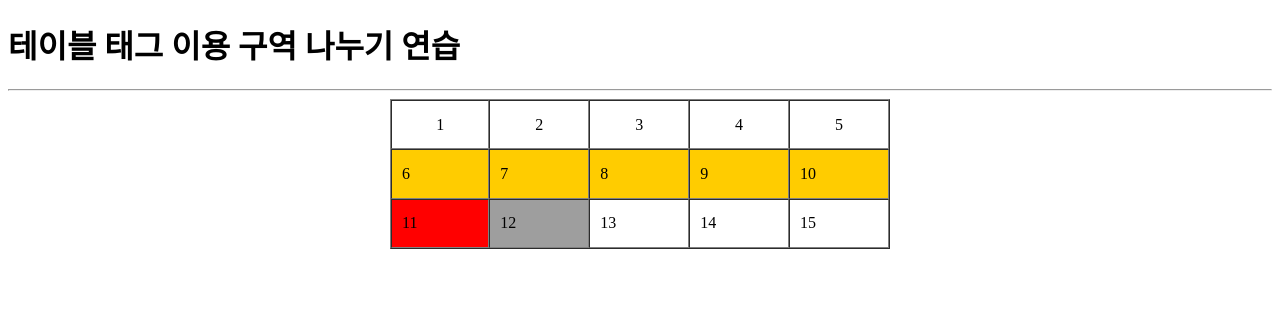
Repository: bianchi112/ict-data
Page: web_workspace/testHTMLProject2/src/main/webapp/views/test/testTable.html
An editor plug-in stored every save of this project. The page is shown before and after the next save, followed by the edit.
The browser window is 1280 px wide. The pictures show the whole page.
Pictures or frames that could not be fetched are drawn as grey boxes.

Above is the page before, as saved 2024-08-14 07:14:50.

After the next save:
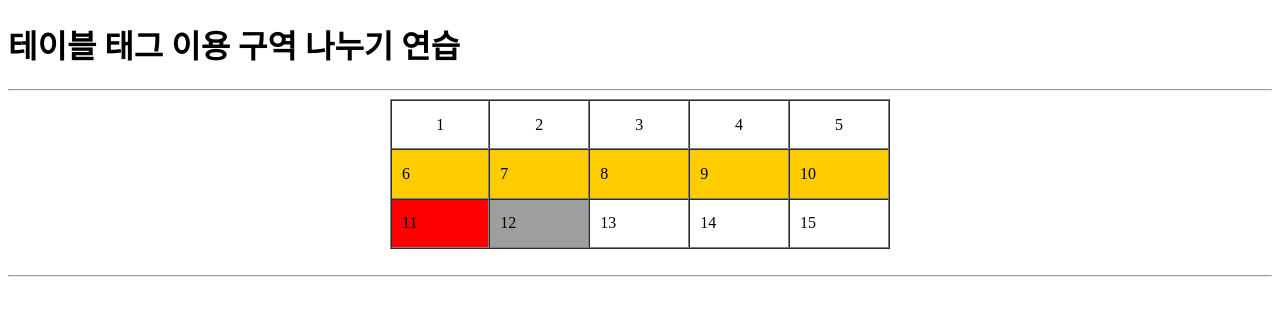
Saved 34 s later.
--- a/web_workspace/testHTMLProject2/src/main/webapp/views/test/testTable.html
+++ b/web_workspace/testHTMLProject2/src/main/webapp/views/test/testTable.html
@@ -32,5 +32,8 @@
 		<td>15</td>
 	</tr>
 </table>
+<br>
+<hr>
+
 </body>
 </html>
